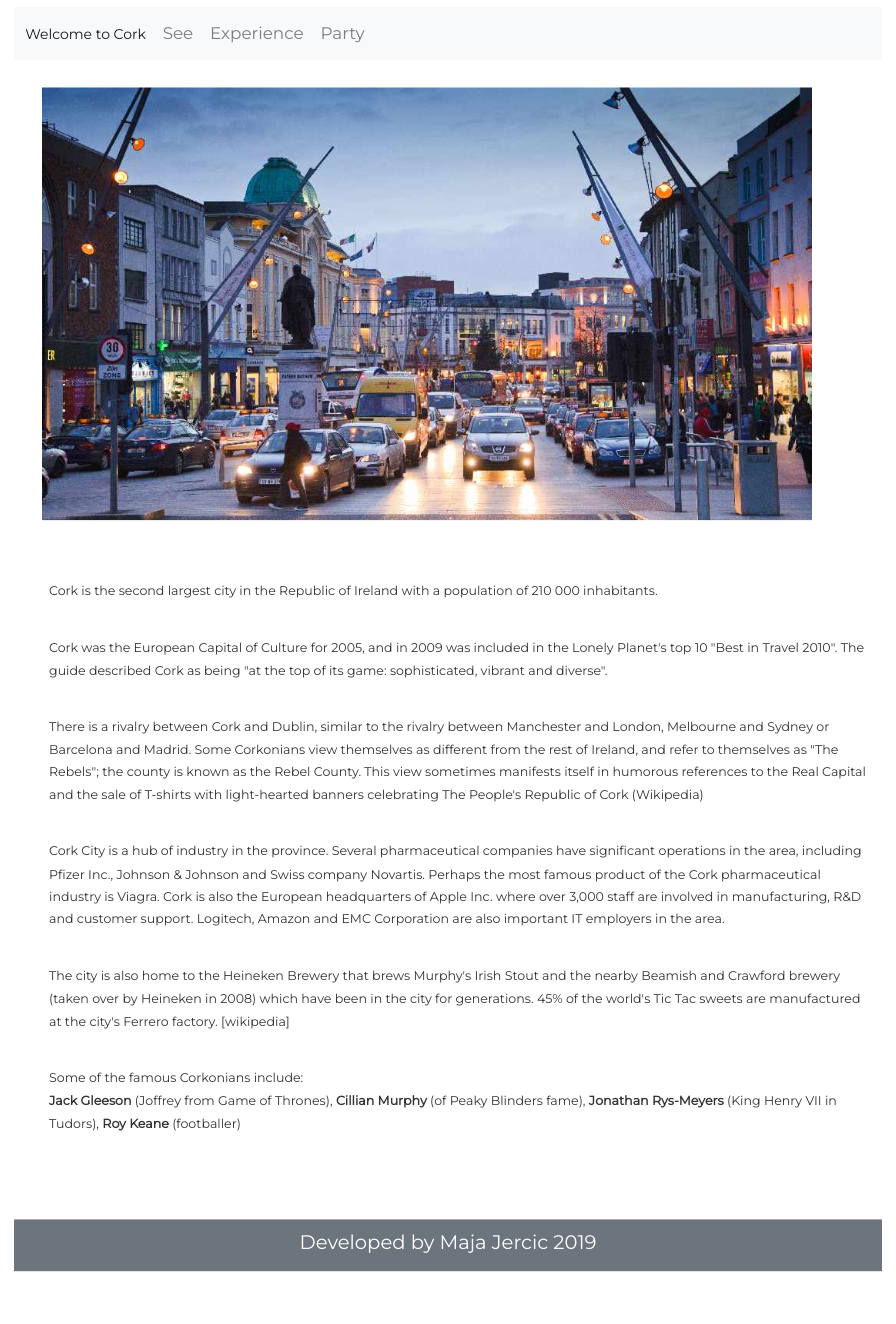
Repository: Maja-Jer/Welcome-to-Cork
Page: index.html
The author's editor kept a record of every edit. The page is drawn from the files as they stood at one moment, then again after the next edit.
The browser window is 1280 px wide. The pictures show the whole page, at 70% of full size.
Some web libraries are served in a nearby version.

Above is the page before.
Console error: TypeError: Cannot read properties of undefined (reading 'fn')

After the next edit:
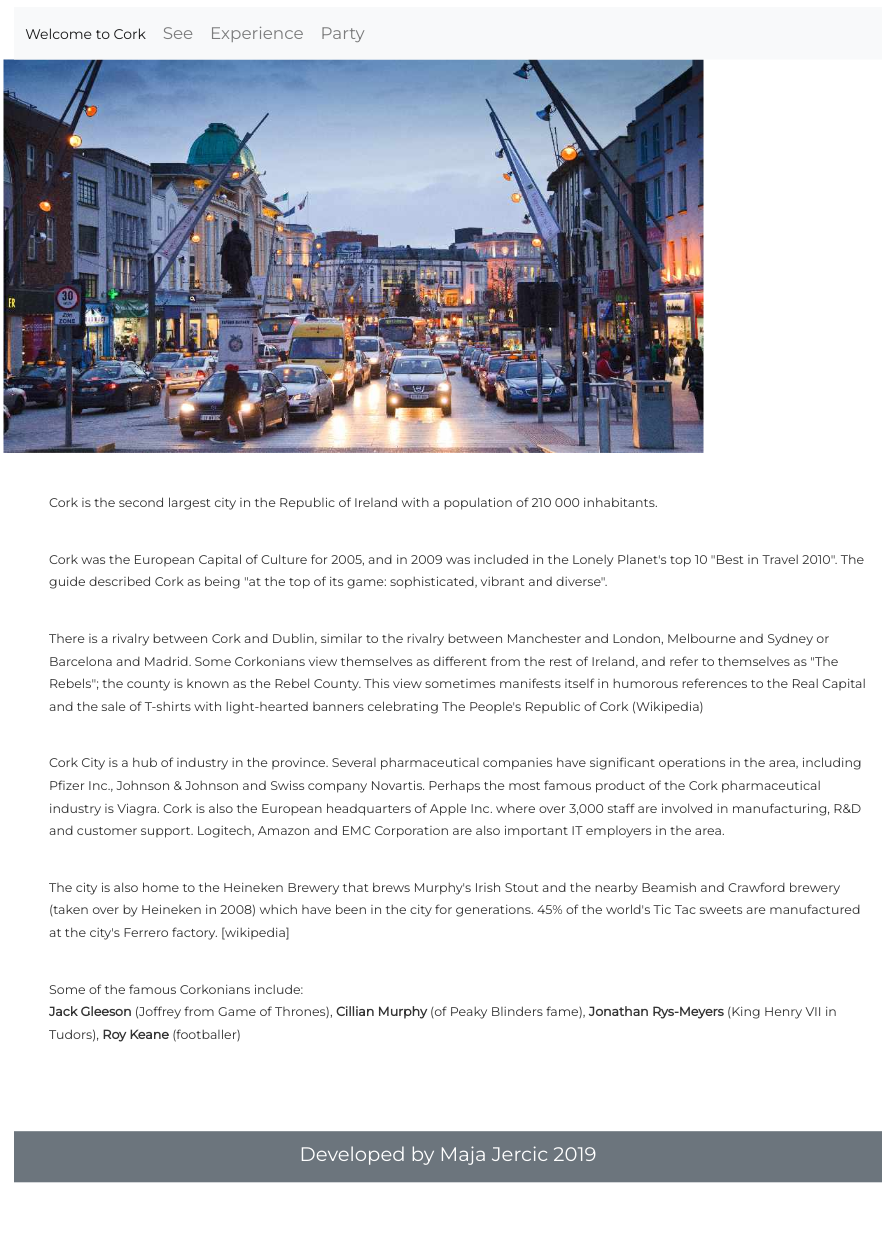
The edit:
--- a/index.html
+++ b/index.html
@@ -36,8 +36,8 @@
 
     <!--------------- Main photo -------->
     <div class="main-container">
-        <div class="container-main-photo">
-            <img class="img-fluid" src="assets/photos/patrick_street.jpg" alt="Cork City" width=100%>
+        <div class="row main-photo">
+            <img class="img-fluid" src="assets/photos/patrick_street.jpg" class="center" alt="Cork City">
         </div>
 
 
